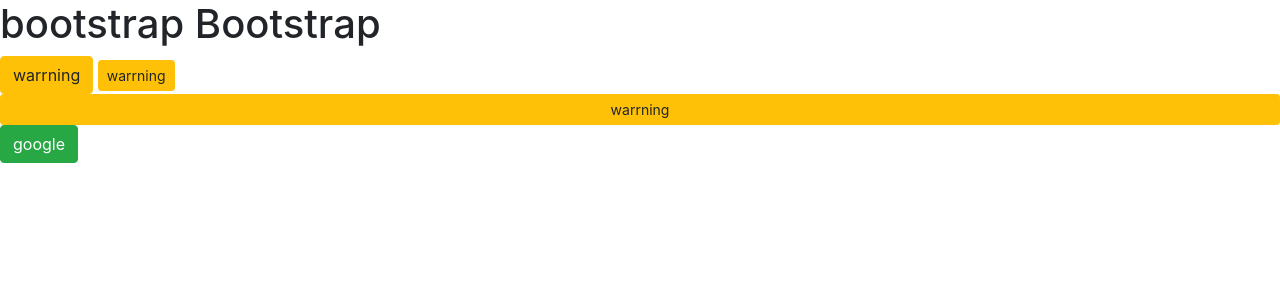
Repository: Mietlicha/exercise2
Page: index.html
These files come from the project's save history. The page is drawn as it stood at one moment and after the next save; the edit follows.
The browser window is 1280 px wide. The pictures show the whole page.

Above is the page before, as saved 2019-10-22 16:51:58.

### index.html
<!DOCTYPE html>
<html lang="en">
<head>
    <meta charset="UTF-8">
    <meta name="viewport" content="width=device-width, initial-scale=1.0">
    <meta http-equiv="X-UA-Compatible" content="ie=edge">
    <title>Document</title>
    <link rel="stylesheet" href="https://stackpath.bootstrapcdn.com/bootstrap/4.3.1/css/bootstrap.min.css" integrity="sha384-ggOyR0iXCbMQv3Xipma34MD+dH/1fQ784/j6cY/iJTQUOhcWr7x9JvoRxT2MZw1T" crossorigin="anonymous">

</head>
<body>
    <h1>bootstrap Bootstrap</h1>
    <button class="btn btn-warning">warrning</button>
    <button class="btn btn-warning btn-sm">warrning</button>
    <button class="btn btn-warning btn-sm btn-block">warrning</button>
    <a href="http://www.google.pl" target="_blank" class="btn btn-success">google</a>
</body>
</html>

After the next save:
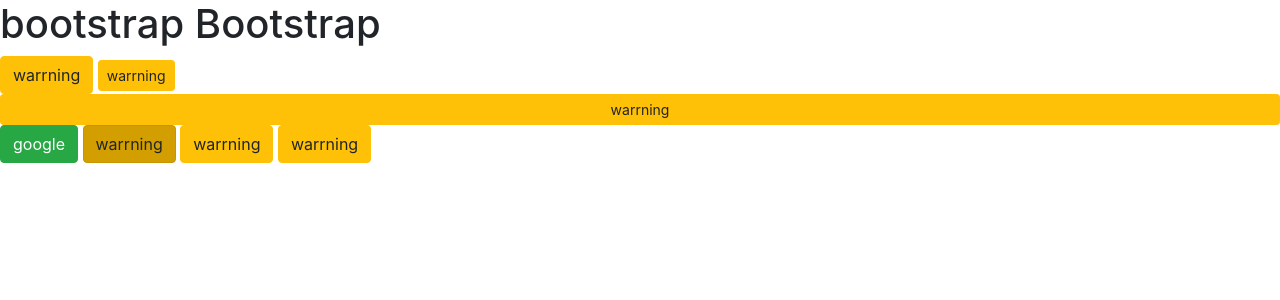
Saved 9 min 39 s later.
--- a/index.html
+++ b/index.html
@@ -14,5 +14,9 @@
     <button class="btn btn-warning btn-sm">warrning</button>
     <button class="btn btn-warning btn-sm btn-block">warrning</button>
     <a href="http://www.google.pl" target="_blank" class="btn btn-success">google</a>
+    <button class="btn btn-warning active">warrning</button>
+    <button class="btn btn-warning" disabled`>warrning</button>
+    <button class="btn btn-warning">warrning</button>
+
 </body>
 </html>
